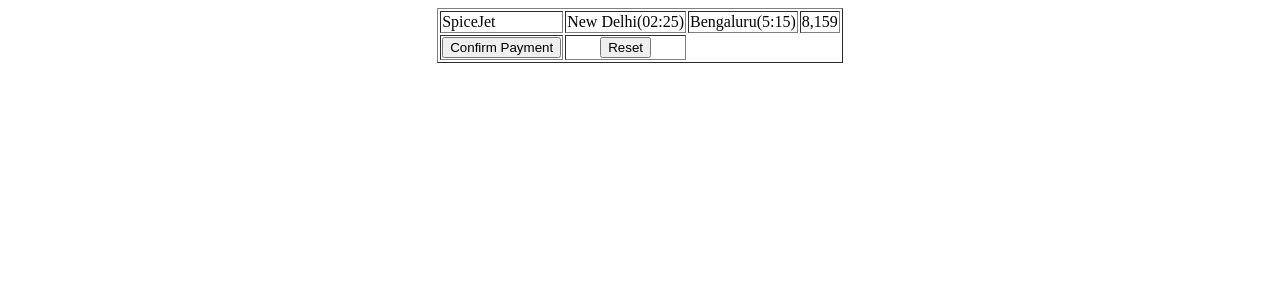
Repository: KanimozhiThandapani/Phase2AirlineBookingProject
Page: http://localhost/AirlineBooking/bookedFlights.jsp
The author's editor kept a copy of each file at every save. The page is drawn from the files as they stood at one save, then again after the next save.
The browser window is 1280 px wide. The pictures show the whole page.
The page is served by Tomcat 9.

Above is the page before, as saved 2022-04-21 15:15:35.

After the next save:
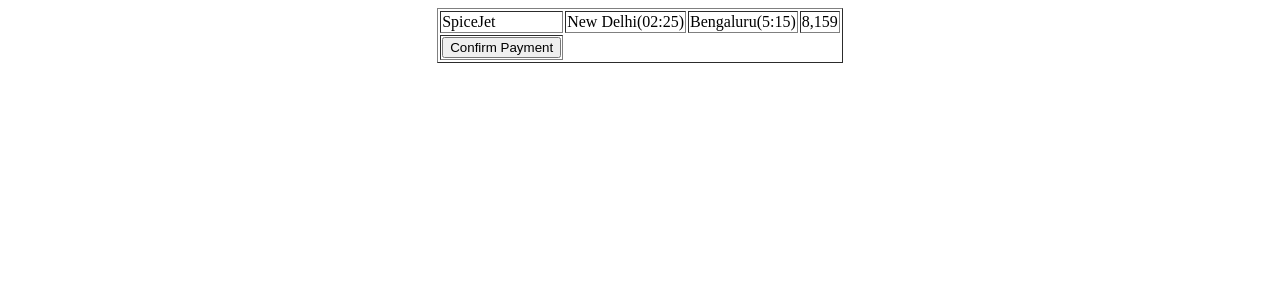
Saved 11 s later.
--- a/AirlineBooking/WebContent/bookedFlights.jsp
+++ b/AirlineBooking/WebContent/bookedFlights.jsp
@@ -21,7 +21,6 @@
 
 				<tr>
 					<td align="center"><input type="submit" value="Confirm Payment"></td>
-					<td align="center"><input type="reset" name="Reset Form"></td>
 				</tr>
    </table>
    </form>
